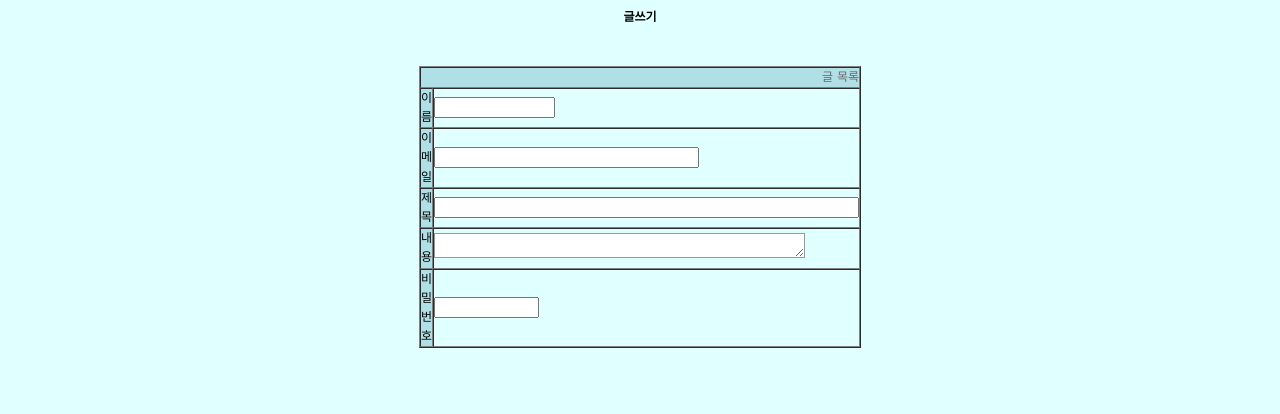
Repository: JIYEON25/model
Page: http://localhost/myWeb/boardone/writeForm.jsp
The author's editor kept a copy of each file at every save. The page is drawn from the files as they stood at one save, then again after the next save.
The browser window is 1280 px wide. The pictures show the whole page.
The page is served by Tomcat 9.

Above is the page before, as saved 2023-09-18 04:44:47.

After the next save:
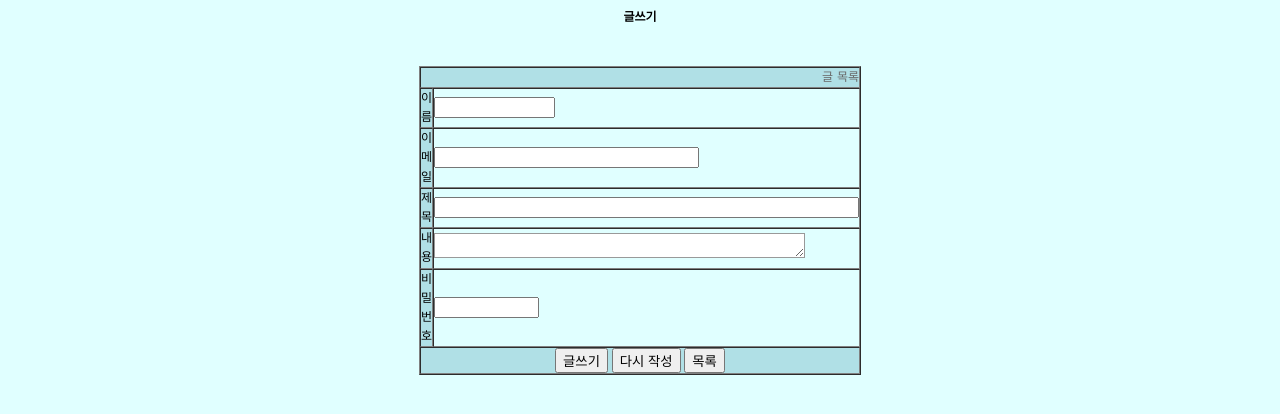
Saved 105 s later.
--- a/model1/myJSP/myWeb/src/main/webapp/boardone/writeForm.jsp
+++ b/model1/myJSP/myWeb/src/main/webapp/boardone/writeForm.jsp
@@ -45,6 +45,12 @@
 				<td width="330">
 					<input type="password" size="10" maxlength="10" name="pass"/></td>
 			</tr>
+			<tr>
+				<td colspan="2" bgcolor="<%=value_c %>" align="center">
+					<input type="submit" value="글쓰기"/>
+					<input type="reset" value="다시 작성"/>
+					<input type="button" value="목록" onClink="window.location='list.jsp'"></td>
+			</tr>
 		</table>
 	</form>
 </body>
